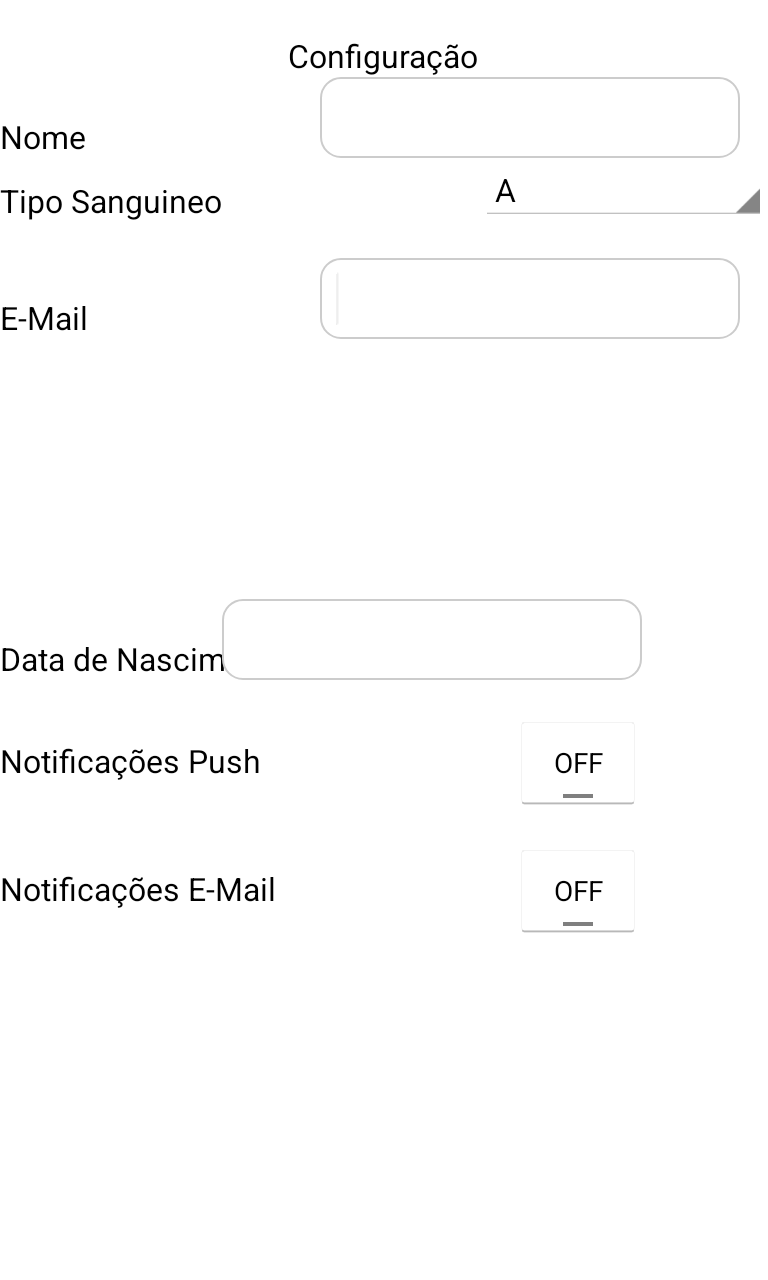
Repository: RafaDeschain/DoarSP
Layout: doarSP/res/layout/fragment_alterardados.xml
The author's editor kept a copy of each file at every save. The layout is drawn from the files as they stood at one save, then again after the next save.
It is drawn on a 768 x 1280 px phone screen (xhdpi) without system bars, with theme AppTheme; the app's code is not run.

Above is the layout before, as saved 2014-04-21 14:12:31.

### doarSP/res/layout/fragment_alterardados.xml
<?xml version="1.0" encoding="utf-8"?>
<RelativeLayout xmlns:android="http://schemas.android.com/apk/res/android"
    android:layout_width="match_parent"
    android:layout_height="match_parent">

    <TextView
        android:id="@+id/textView1"
        android:layout_width="wrap_content"
        android:layout_height="wrap_content"
        android:layout_alignParentTop="true"
        android:layout_centerHorizontal="true"
        android:layout_marginTop="17dp"
        android:text="@string/configuracao" />

    <EditText
        android:id="@+id/editText1"
        android:layout_width="wrap_content"
        android:layout_height="wrap_content"
        android:layout_alignParentRight="true"
        android:layout_below="@+id/textView1"
        android:layout_marginRight="14dp"
        android:ems="10"
        android:inputType="textPersonName" />

    <TextView
        android:id="@+id/textView2"
        android:layout_width="wrap_content"
        android:layout_height="wrap_content"
        android:layout_alignBottom="@+id/editText1"
        android:layout_alignParentLeft="true"
        android:text="@string/nome" />

    <TextView
        android:id="@+id/textView3"
        android:layout_width="wrap_content"
        android:layout_height="wrap_content"
        android:layout_above="@+id/editText1"
        android:layout_alignParentLeft="true"
        android:layout_below="@+id/textView1"
        android:text="TextView" />

    <Spinner
        android:id="@+id/spinner1"
        android:layout_width="wrap_content"
        android:layout_height="wrap_content"
        android:layout_alignParentRight="true"
        android:layout_below="@+id/editText1"
        android:layout_toRightOf="@+id/textView1"
        android:entries="@array/tipos_Sanguineos"
        android:prompt="@string/sangue_prompt" />

    <TextView
        android:id="@+id/textView4"
        android:layout_width="wrap_content"
        android:layout_height="wrap_content"
        android:layout_alignBottom="@+id/spinner1"
        android:layout_alignParentLeft="true"
        android:text="@string/tpSanguineo" />

    <EditText
        android:id="@+id/editText2"
        android:layout_width="wrap_content"
        android:layout_height="wrap_content"
        android:layout_alignRight="@+id/editText1"
        android:layout_below="@+id/spinner1"
        android:layout_marginTop="18dp"
        android:ems="10"
        android:inputType="textEmailAddress" >

        <requestFocus />
    </EditText>

    <TextView
        android:id="@+id/textView5"
        android:layout_width="wrap_content"
        android:layout_height="wrap_content"
        android:layout_alignBottom="@+id/editText2"
        android:layout_alignParentLeft="true"
        android:text="@string/email" />

    <TextView
        android:id="@+id/textView6"
        android:layout_width="wrap_content"
        android:layout_height="wrap_content"
        android:layout_alignBottom="@+id/editText3"
        android:layout_alignParentLeft="true"
        android:text="@string/dataNascimento" />

    <ToggleButton
        android:id="@+id/toggleButton1"
        android:layout_width="wrap_content"
        android:layout_height="wrap_content"
        android:layout_alignRight="@+id/editText3"
        android:layout_below="@+id/editText3"
        android:layout_marginTop="17dp"
        android:text="ToggleButton" />

    <TextView
        android:id="@+id/textView7"
        android:layout_width="wrap_content"
        android:layout_height="wrap_content"
        android:layout_alignBaseline="@+id/toggleButton1"
        android:layout_alignBottom="@+id/toggleButton1"
        android:layout_alignParentLeft="true"
        android:text="@string/notificacoesPush" />

    <ToggleButton
        android:id="@+id/toggleButton2"
        android:layout_width="wrap_content"
        android:layout_height="wrap_content"
        android:layout_alignRight="@+id/toggleButton1"
        android:layout_below="@+id/toggleButton1"
        android:layout_marginTop="16dp"
        android:text="ToggleButton" />

    <TextView
        android:id="@+id/textView8"
        android:layout_width="wrap_content"
        android:layout_height="wrap_content"
        android:layout_alignBaseline="@+id/toggleButton2"
        android:layout_alignBottom="@+id/toggleButton2"
        android:layout_alignParentLeft="true"
        android:text="@string/NotificaoesEmail" />

    <EditText
        android:id="@+id/editText3"
        android:layout_width="wrap_content"
        android:layout_height="wrap_content"
        android:layout_centerVertical="true"
        android:layout_toRightOf="@+id/textView4"
        android:ems="10"
        android:inputType="date" />

</RelativeLayout>

### doarSP/res/drawable/styles_listview.xml
<?xml version="1.0" encoding="utf-8"?>
<shape xmlns:android="http://schemas.android.com/apk/res/android" >

    <corners android:radius="2dp" />
    <stroke
        android:width="1dp"
        android:color="#cccccc" />
    <solid
        android:color="#FFFFFF"/>
</shape>

### doarSP/res/drawable/styles_edit_text.xml
<?xml version="1.0" encoding="utf-8"?>
<shape xmlns:android="http://schemas.android.com/apk/res/android" >

    <corners android:radius="10dp" />
    <stroke
        android:width="1dp"
        android:color="#cccccc" />
    <solid
        android:color="#FFFFFF"/>
</shape>

### doarSP/res/drawable/button_custom.xml
<?xml version="1.0" encoding="utf-8"?>
<selector xmlns:android="http://schemas.android.com/apk/res/android" >
    <item android:state_pressed="true">
        <shape android:shape="rectangle">
            <corners android:radius="3dip" />
            <stroke android:width="1dip" android:color="#598e96" />
            <gradient android:angle="-90" android:endColor="#7fbac6" android:startColor="#27646c"/>
        </shape>
    </item>
	<item android:state_focused="true">
	    <shape android:shape="rectangle">
	        <corners android:radius="3dip" />
	        <stroke android:width="1dip" android:color="#598e96"/>
	        <solid android:color="#4ea0ab"/>
	    </shape>
	</item>
	<item>
	    <shape android:shape="rectangle">
	        <corners android:radius="3dip" />
	        <stroke android:width="1dip" android:color="#598e96"/>
	        <gradient android:angle="-90" android:endColor="#4ea0ab" android:startColor="#94dcea"/>
	    </shape>
	</item>
</selector>

### doarSP/res/values/strings.xml
<?xml version="1.0" encoding="utf-8"?>
<resources>

    <string name="app_name">doarSP</string>
    <string name="action_settings">Settings</string>
    <string name="version">Beta</string>
	<string name="aboutMe">Aplicação desenvolvida como trabalho de conclusão da Universidade São Judas Tadeu.\nDisponibilizado gratuitamente para uso com o intuito de ajudar as pessoas.\nPossivelmente se houver adesão a ferramenta adicionaremos novas cidades de acordo com a demanda e tempo.</string>
	<string name="signature">Atenciosamente,\nGrupo Nothing Else Matters.</string>
    <string name="dedicatoria">Dedico a uma pessoa muito especial pra mim, sigo seu exemplo em tentar ser uma boa pessoa e fazer bem, te admiro muito Luh, você significa muito pra mim!\nObrigado por ter entrado na minha vida </string>
    <string name="configuracao">Configuração</string>
    <string name="sangue_prompt">Escolha um Tipo Sanguineo</string>
    <string name="nome">Nome</string>
    <string name="tpSanguineo">Tipo Sanguineo</string>
    <string name="email">E-Mail</string>
    <string name="dataNascimento">Data de Nascimento</string>
    <string name="notificacoesPush">Notificações Push</string>
    <string name="NotificaoesEmail">Notificações E-Mail</string>
    <string name="salvar">Salvar</string>

<string name="drawer_open">Slider Menu Opened</string>
    <string name="drawer_close">Slider Menu Closed</string>

    <!-- Nav Drawer Menu Items -->
    <string-array name="nav_drawer_items">
        <item >Principal</item>
        <item >Buscar Doação</item>
        <item >Abrir Solicitação</item>
        <item >Mural</item>
        <item >Buscar Hemocentro</item>
        <item >Informações</item>
        <item >Alterar Dados</item>
    </string-array>

    <!-- Nav Drawer List Item Icons -->
    <!-- Keep them in order as the titles are in -->
    <array name="nav_drawer_icons">
        <item>@drawable/ic_home</item>
        <item>@drawable/ic_people</item>
        <item>@drawable/ic_photos</item>
        <item>@drawable/ic_communities</item>
        <item>@drawable/ic_pages</item>
        <item>@drawable/ic_whats_hot</item>
        <item>@drawable/ic_whats_hot</item>
    </array>

    <!-- Content Description -->
    <string name="desc_list_item_icon">Item Icon</string>

    <string-array name="tipos_Sanguineos">
        <item>A</item>
        <item>A-</item>
        <item>B</item>
        <item>B-</item>
        <item>AB</item>
        <item>AB-</item>
        <item>O</item>
        <item>O-</item>
    </string-array>

</resources>

Loaded but not shown: doarSP/res/values/styles.xml (common file); doarSP/res/values-v11/styles.xml (common file); doarSP/res/values-v14/styles.xml (common file)

After the next save:
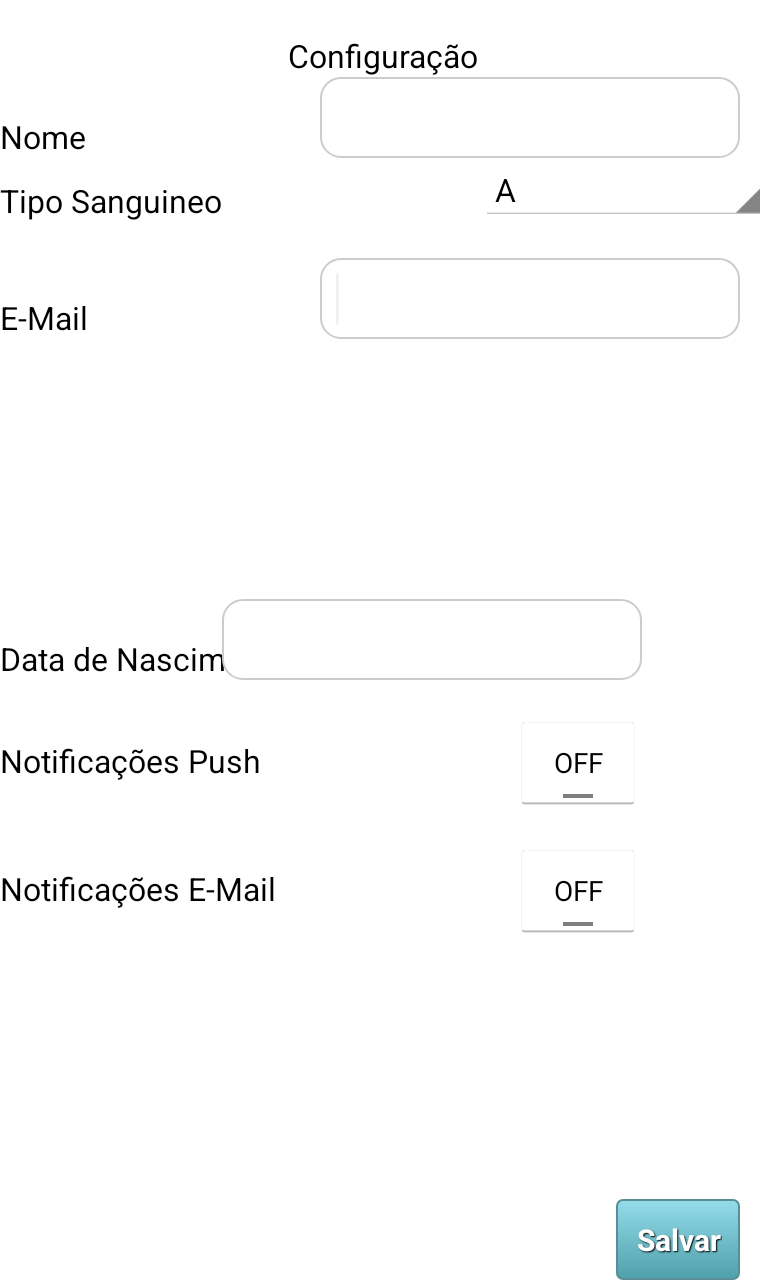
Saved 13 s later.
--- a/doarSP/res/layout/fragment_alterardados.xml
+++ b/doarSP/res/layout/fragment_alterardados.xml
@@ -131,4 +131,12 @@
         android:ems="10"
         android:inputType="date" />
 
+    <Button
+        android:id="@+id/button1"
+        android:layout_width="wrap_content"
+        android:layout_height="wrap_content"
+        android:layout_alignParentBottom="true"
+        android:layout_alignRight="@+id/editText2"
+        android:text="@string/salvar" />
+
 </RelativeLayout>
